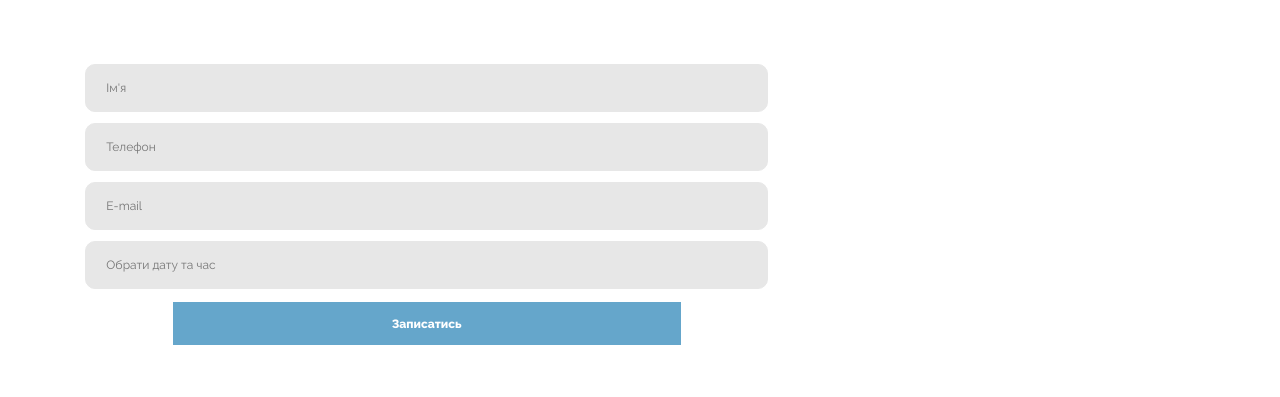
Repository: dimov63/math_tutor_predmetu
Page: index.html
These files come from the project's save history. The page is drawn as it stood at one moment and after a run of saves; the edit follows.
The browser window is 1280 px wide. The pictures show the whole page.
Some web libraries are served in a nearby version.

Above is the page before, as saved 2022-12-29 10:14:00.

### index.html
<!DOCTYPE html>
<html>

<head>
    <title>Drobyk</title>
    <link rel="stylesheet" type="text/css" href="css/style.css">
    <meta charset="utf-8">
    <meta name="viewport" content="width=device-width, initial-scale=1.0">
    <!-- bootstrap -->
    <link href="https://cdn.jsdelivr.net/npm/bootstrap@5.2.3/dist/css/bootstrap.min.css" rel="stylesheet"
        integrity="sha384-rbsA2VBKQhggwzxH7pPCaAqO46MgnOM80zW1RWuH61DGLwZJEdK2Kadq2F9CUG65" crossorigin="anonymous">


    <link rel="preconnect" href="https://fonts.googleapis.com">
    <link rel="preconnect" href="https://fonts.gstatic.com" crossorigin>
    <link href="https://fonts.googleapis.com/css2?family=Raleway:wght@400;500;600;800&display=swap" rel="stylesheet">
    <script src="https://kit.fontawesome.com/088e8092d2.js" crossorigin="anonymous"></script>

</head>

<body>
    <div class="main">
        <div class="content">
            <header>
                <nav class="navbar navbar-expand-lg bg-light">
                    <div class="container-fluid" id="navbar-color">

                        <a class="navbar-brand" href="#">
                            <div class="logo-block">
                                <div class="mob-logo">
                                    <img src="img/logo.png" alt="logo" class="logo-mob-img">
                                </div>
                                <div class="logo-name">дробик</div>
                            </div>
                        </a>

                        <button class="navbar-toggler custom-menu" type="button" data-bs-toggle="collapse"
                            data-bs-target="#navbarSupportedContent" aria-controls="navbarSupportedContent"
                            aria-expanded="false" aria-label="Toggle navigation">
                            <div class="menu-bar">

                                <div class="bottom-line first"></div>
                                <div class="bottom-line second"></div>
                                <div class="bottom-line thirt"></div>


                            </div>
                        </button>



                        <div class="collapse navbar-collapse" id="navbarSupportedContent">
                            <ul class="navbar-nav me-auto mb-2 mb-lg-0">


                                <li class="nav-item1 burger-header">
                                    <a class="" href="#">
                                        <div class="burger-logo-block">
                                            <div class="burger-logo">
                                                <img src="img/logo-mini.png" alt="logo" class="buger-logo-img">
                                            </div>
                                            <div class="burger-logo-name">дробик</div>
                                        </div>
                                    </a>
                                    <button class="navbar-toggler arrow-left-back" type="button"
                                        data-bs-toggle="collapse" data-bs-target="#navbarSupportedContent"
                                        aria-controls="navbarSupportedContent" aria-expanded="false"
                                        aria-label="Toggle navigation">
                                        <a class="" href="#"><img src="img/arrow_back.png" alt="arrow"
                                                class="arrow-back"></a>
                                    </button>


                                </li>
                                <div class="burger-line-header"></div>
                                <li class="nav-item">
                                    <a class="nav-link" href="#">
                                        <div class="burger-list burg-about-me">Про мене</div>
                                    </a>
                                </li>
                                <li class="nav-item">
                                    <a class="nav-link" href="#">
                                        <div class="burger-list burg-subjects">Предмети</div>
                                    </a>
                                </li>
                                <li class="nav-item">
                                    <a class="nav-link" href="#">
                                        <div class="burger-list">Найчастіші запитання</div>
                                    </a>
                                </li>
                                <li class="nav-item">
                                    <a class="nav-link" href="#">
                                        <div class="burger-list">Відгуки</div>
                                    </a>
                                </li>
                                <li class="nav-item">
                                    <a class="nav-link" href="#">
                                        <div class="burger-record-button">Запис на пробне заняття</div>
                                    </a>
                                </li>
                                <li class="nav-item burger-contacts">
                                    <a class="nav-link" href="#">
                                        <div class="burger-list burg-contacts">Контакти</div>
                                    </a>
                                    <a class="nav-link" href="#">
                                        <div class="burger-list burg-developer">
                                            <div class="burger-devel">Розробники</div>
                                            <div class="burger-site">сайту</div>
                                        </div>
                                    </a>
                                </li>
                                <li class="nav-item burger-social-networks">
                                    <a class="nav-link" href="#">
                                        <div class="burger-socials burger-facebook"><svg width="14" height="22"
                                                viewBox="0 0 14 22" fill="none" xmlns="http://www.w3.org/2000/svg">
                                                <path
                                                    d="M8.76935 12.375V21.5H4.65528V12.375V11.875H4.15528H0.5V8.89352H4.15528H4.65528V8.39352V5.35906C4.65528 3.76012 5.21573 2.56826 6.16641 1.76738C7.12866 0.956749 8.54702 0.5 10.3369 0.5C11.2097 0.5 12.1079 0.565712 12.7915 0.632148C13.0701 0.659226 13.3118 0.686294 13.5 0.708804V3.15879H11.9364C10.8363 3.15879 10.0266 3.44702 9.49179 3.96751C8.95663 4.48834 8.76935 5.17105 8.76935 5.8098V8.39352V8.89352H9.26935H13.2091L12.6655 11.875H9.26935H8.76935V12.375Z"
                                                    stroke="white" />
                                            </svg></div>
                                    </a>
                                    <a class="nav-link" href="#">
                                        <div class="burger-socials burger-instagram"><svg width="22" height="22"
                                                viewBox="0 0 22 22" fill="none" xmlns="http://www.w3.org/2000/svg">
                                                <path
                                                    d="M0.5 6.5C0.5 3.19114 3.19114 0.5 6.5 0.5H15.5C18.8089 0.5 21.5 3.19114 21.5 6.5V15.5C21.5 18.8089 18.8089 21.5 15.5 21.5H6.5C3.19114 21.5 0.5 18.8089 0.5 15.5V6.5ZM18.5 5C18.5 4.17386 17.8261 3.5 17 3.5C16.1739 3.5 15.5 4.17386 15.5 5C15.5 5.82614 16.1739 6.5 17 6.5C17.8261 6.5 18.5 5.82614 18.5 5ZM17 11C17 7.68886 14.3111 5 11 5C7.68886 5 5 7.68886 5 11C5 14.3111 7.68886 17 11 17C14.3111 17 17 14.3111 17 11ZM7 11C7 8.79614 8.79614 7 11 7C13.2039 7 15 8.79614 15 11C15 13.2039 13.2039 15 11 15C8.79614 15 7 13.2039 7 11Z"
                                                    stroke="white" />
                                            </svg></div>
                                    </a>
                                    <a class="nav-link" href="#">
                                        <div class="burger-socialssocials burger-twitter"><svg width="22" height="22"
                                                viewBox="0 0 22 22" fill="none" xmlns="http://www.w3.org/2000/svg">
                                                <path
                                                    d="M6.6913 16.7064C5.2113 16.6732 3.86044 15.5987 3.18832 13.9467C3.23019 13.9479 3.27219 13.9485 3.31432 13.9485C3.78086 13.9485 4.23404 13.8719 4.66162 13.7285L6.28732 13.1829L4.62315 12.7692C3.03132 12.3735 1.70057 10.7437 1.43231 8.6031C1.89504 8.79653 2.39096 8.91226 2.90861 8.9329L4.39401 8.99214L3.24633 8.04729C2.1627 7.15517 1.42074 5.60331 1.42074 3.80838C1.42074 3.19641 1.50697 2.61142 1.6647 2.07018C3.94497 5.10035 7.16889 7.0934 10.8037 7.31827L11.4455 7.35797L11.3258 6.72614C11.2544 6.34932 11.2162 5.95639 11.2162 5.55328C11.2162 2.65995 13.1056 0.5 15.2308 0.5C16.3457 0.5 17.3807 1.07701 18.1268 2.05634L18.3248 2.31623L18.6423 2.23926C19.2441 2.09337 19.8258 1.87918 20.3804 1.60445C20.0441 2.20665 19.6077 2.7091 19.1091 3.07682L19.4789 3.97387C19.8989 3.91181 20.3098 3.81757 20.7104 3.69277C20.3172 4.21696 19.8833 4.69113 19.4167 5.1056L19.2422 5.26061L19.2489 5.49394C19.2557 5.72787 19.2607 5.96517 19.2607 6.19891C19.2607 9.77468 18.1522 13.6206 16.0464 16.5601C13.9477 19.4896 10.877 21.5 6.9184 21.5C5.05464 21.5 3.28487 20.9849 1.69502 20.0582C3.71408 19.902 5.55327 18.9889 7.02733 17.566L7.88996 16.7333L6.6913 16.7064Z"
                                                    stroke="white" />
                                            </svg></div>
                                    </a>
                                </li>



                            </ul>

                        </div>
                    </div>
                </nav>
            </header>




            <div class="line-header"></div>
            <div class="block-video">
                <div class="tutor">
                    <h1>Репетитор з математики</h1>
                </div>

                <img class="giphy1" src="img/giphy1.gif">
                <!-- </div> -->
                <div class="quote">
                    <div class="title-quote">Математика</div>
                    <div class="direction">
                        <div class="arrow-text">це</div>
                        <div class="arrow-right"></div>
                    </div>
                    <div class="text-quote">розвиток логіки, пам'яті і абстрактного мислення.</div>

                </div>

            </div>
            <div class="block-items-heading">
                <h2>Предмети, які я викладаю
                </h2>
            </div>
            <div id="carouselExampleFade" class="carousel slide carousel-fade" data-bs-ride="carousel"
                data-bs-interval="100000">

                <div class="carousel-inner">
                    <div class="carousel-item items active">
                        <div class="mob-img-block-left">
                            <img src="img/m-алгебра.png" class="d-block w-100 carousel-img-left" alt="...">
                            <div class="mob-carousel-text">
                                <p class="subject-name subject-left">
                                    Алгебра
                                </p>
                            </div>
                        </div>

                        <div class="mob-img-block-right"><img src="img/m-фізика.png"
                                class="d-block w-100 carousel-img-right" alt="...">
                            <div class="mob-carousel-text">
                                <p class="subject-name subject-right">Фізика</p>
                            </div>
                        </div>

                    </div>

                    <div class="carousel-item items">
                        <div class="mob-img-block-left">
                            <img src="img/m-геометрія.png" class="d-block w-100 carousel-img-left" alt="...">
                            <div class="mob-carousel-text">
                                <p class="subject-name subject-left">
                                    Геометрія
                                </p>
                            </div>
                        </div>

                        <div class="mob-img-block-right"><img src="img/m-математика.png"
                                class="d-block w-100 carousel-img-right" alt="...">
                            <div class="mob-carousel-text">
                                <p class="subject-name subject-right">Математика</p>
                            </div>
                        </div>
                    </div>
                    <div class="carousel-item items">
                        <div class="mob-img-block-left">
                            <img src="img/m-інформатика.png" class="d-block w-100 carousel-img-left" alt="...">
                            <div class="mob-carousel-text">
                                <p class="subject-name subject-left">
                                    Інформатика
                                </p>
                            </div>
                        </div>

                        <div class="mob-img-block-right"><img src="img/m-ДПА.png"
                                class="d-block w-100 carousel-img-right" alt="...">
                            <div class="mob-carousel-text">
                                <p class="subject-name subject-right">Підготовка до ДПА<br>
                                    та НМТ</p>
                            </div>
                        </div>
                    </div>

                    <div class="carousel-item items">
                        <div class="mob-img-block-left">
                            <img src="img/m-інформатика.png" class="d-block w-100 carousel-img-left" alt="...">
                            <div class="mob-carousel-text">
                                <p class="subject-name subject-left">
                                    Створення
                                    <br>доповненої
                                    <br>реальності
                                </p>
                            </div>
                        </div>

                        <div class="mob-img-block-right"><img src="img/m-алгебра.png"
                                class="d-block w-100 carousel-img-right" alt="...">
                            <div class="mob-carousel-text">
                                <p class="subject-name subject-right">Алгебра</p>
                            </div>
                        </div>
                    </div>
                </div>

                <div class="carousel-indicators">
                    <button type="button" data-bs-target="#carouselExampleFade" data-bs-slide-to="0"
                        class="active button-carousel-indicators" aria-current="true" aria-label="Slide 1"></button>
                    <button type="button" data-bs-target="#carouselExampleFade" data-bs-slide-to="1"
                        aria-label="Slide 2" class="button-carousel-indicators"></button>
                    <button type="button" data-bs-target="#carouselExampleFade" data-bs-slide-to="2"
                        aria-label="Slide 3" class="button-carousel-indicators"></button>
                    <button type="button" data-bs-target="#carouselExampleFade" data-bs-slide-to="3"
                        aria-label="Slide 4" class="button-carousel-indicators" style="display: none"></button>
                </div>

                <button class="carousel-control-prev" type="button" data-bs-target="#carouselExampleFade"
                    data-bs-slide="prev">
                    <span class="carousel-control-prev-icon" aria-hidden="true"></span>
                    <span class="visually-hidden">Previous</span>
                </button>
                <button class="carousel-control-next" type="button" data-bs-target="#carouselExampleFade"
                    data-bs-slide="next">
                    <span class="carousel-control-next-icon" aria-hidden="true"></span>
                    <span class="visually-hidden">Next</span>
                </button>


            </div>
            <div>Найчастіші запитання</div>




        </div>
    </div>



    <!-- bootstrap -->
    <script src="https://cdn.jsdelivr.net/npm/bootstrap@5.2.3/dist/js/bootstrap.bundle.min.js"
        integrity="sha384-kenU1KFdBIe4zVF0s0G1M5b4hcpxyD9F7jL+jjXkk+Q2h455rYXK/7HAuoJl+0I4"
        crossorigin="anonymous"></script>

        <div class="wrappe_forma col">
            <!-- <div class="col-xc-2 style: background-color: red">1</div>  -->
                <div class="container_forma col-xc-10">
                    <div class="forma col-xc-6">
                        <h2 class="forma_h2">
                            Записатися на пробне заняття
                        </h2>
                    </div>
                        <form action="#" class="login col-xs-8 col-cm-8 col-md-8">
                            <input type="name" placeholder="Ім'я" required />
                            <input type="post" placeholder="Телефон" required />
                            <input type="post" placeholder="E-mail" required />
                            <input type="datetime" placeholder="Обрати дату та час" required />
                            <input type="submit" value="Записатись"/>
                        </form>
                </div>
                <!-- <div class="col-xc-1 style: background-color: red">3</div>  -->
        </div>


</body>

</html>

### css/style.css
* {
  margin: 0;
  padding: 0;
  box-sizing: border-box;
}

.main {
  background-color: #65a6cb;
  box-sizing: border-box;
  font-family: "Raleway", "Arial", sans-serif;
}

@media only screen and (min-width: 769px) {
  .content {
    display: none;
  }
}

@media only screen and (max-width: 768px) {
  #navbar-color {
    background-color: #65a6cb;
  }

  .content .navbar {
    padding: 0;
  }

  .navbar-toggler.custom-menu,
  .navbar-toggler.custom-menu.collapsed {
    border: none;
    margin-top: 5px;
    padding-right: 10px;
    box-shadow: none !important;
    border: none !important;
  }

  .bottom-line {
    border-bottom: 2px solid #ffffff;
  }

  .first {
    width: 20px;
    margin-bottom: 7px;
  }

  .second {
    width: 9px;
    margin-bottom: 7px;
    margin-left: auto;
    display: block;
  }

  .thirt {
    width: 16px;
    margin-left: auto;
    display: block;
  }

  .logo-block {
    margin-top: 4px;
    margin-bottom: 5px;
    display: flex;
    position: relative;
    padding-left: 8px;
  }

  .logo-mob-img {
    height: 49px;
  }

  .logo-name {
    position: absolute;
    bottom: 4px;
    text-transform: uppercase;
    font-style: oblique;
    text-decoration: none;
    color: white;
    font-size: 12px;
    margin-left: 3px;
  }

  #navbarSupportedContent {
    width: 237px;
    position: absolute;
    background-color: #013c5c;
    right: 0;
    top: 0;
    z-index: 50;
  }

  .burger-header {
    display: flex;
    flex-direction: row;
    justify-content: space-between;
  }

  .navbar-toggler.arrow-left-back {
    border: none;
  }

  .arrow-back {
    width: 18px;
    margin-top: -9px;
  }

  .burger-logo-block {
    display: flex;
    position: relative;
    margin-left: 85px;
  }

  .burger-logo {
  }

  .buger-logo-img {
    width: 73px;
    padding-top: 4px;
  }

  .burger-logo-name {
    position: absolute;
    bottom: 16px;
    text-transform: uppercase;
    font-style: italic;
    text-decoration: none;
    color: white;
    font-size: 12px;
    margin-left: 4px;
  }

  .burger-line-header {
    width: 100%;
    border-bottom: 0.3px solid #ffffff;
    position: relative;
    top: -10px;
  }

  .burger-record-button {
    color: #000000;
    background-color: #ffffff;
    font-size: 12px;
    border-radius: 100px;
    padding: 2px 15px 2px 15px;
  }

  .burger-list {
    color: white;
    font-size: 14px;
  }

  .nav-item {
    margin-left: auto;
    margin-right: auto;
  }

  /*кнопка*/
  .burger-contacts {
    display: flex;
    flex-direction: row;
    margin-top: 10px;
  }

  .burg-contacts {
    margin-right: 38px;
  }

  .burg-developer {
    margin-left: 37px;
  }

  .burger-site {
    margin-top: -5px;
  }

  .burger-social-networks {
    display: flex;
    flex-direction: row;
    margin-top: 3px;
    margin-bottom: 15px;
  }

  .burger-socials {
    height: 22px;
  }

  .burger-facebook {
    margin-right: 24.5px;
  }

  .burger-instagram {
    margin-right: 24.5px;
    margin-left: 24.5px;
  }

  .burger-twitter {
    margin-left: 24.5px;
  }

  .line-header {
    width: 100%;
    border-bottom: 0.5px solid #ffffff;
  }

  .tutor {
    margin: 12px auto 14px auto;
  }

  .tutor h1 {
    font-size: 24px;
    line-height: 28px;
    color: #ffffff;
    font-weight: 800;
    text-align: center;
  }

  .giphy1 {
    max-width: 94%;
    height: auto;
    display: block;
    margin: 0 auto 15px auto;
    border: none;
  }

  .quote {
    display: grid;
    grid-template-columns: 5fr 6fr 6fr;
    font-size: 14px;
    line-height: 16px;
    color: #ffffff;
  }

  .title-quote {
    padding-left: 26px;
    display: flex;
    align-items: center;
    justify-content: center;
  }

  .direction {
    display: block;
    margin: auto;
  }

  .arrow-text {
    text-align: center;
    margin-top: 0px;
  }

  .arrow-right {
    width: 108px;
    height: 8px;
    position: relative;
    display: inline-flex;
    cursor: pointer;
  }

  .arrow-right::before,
  .arrow-right::after {
    content: "";
    position: absolute;
  }

  .arrow-right::before {
    width: 108px;
    height: 1px;
    background-color: white;
    top: -3.5px;
  }

  .arrow-right::after {
    border-top: 1px solid white;
    border-right: 1px solid white;
    transform: rotate(45deg);
    width: 5px;
    height: 5px;
    top: -5.8px;
    left: 103px;
  }

  .text-quote {
    padding-right: 12px;
    display: flex;
    align-items: center;
    justify-content: center;
  }

  .block-items-heading h2 {
    font-size: 16px;
    line-height: 19px;
    color: #ffffff;
    font-weight: 700;
    text-align: center;
  }
  .block-items-heading {
    margin: 80px auto 27px auto;
  }
  .carousel .carousel-indicators {
    position: static;
    margin-bottom: 60px;
    z-index: 2;
  }
  .carousel-inner {
    padding-bottom: 40px;
  }
  #carouselExampleFade .button-carousel-indicators {
    height: 14px;
    width: 14px;
    border-radius: 50%;
    margin-right: 8px;
    margin-left: 8px;
  }

  .carousel .carousel-item.items {
    display: flex;
    flex-direction: row;
    justify-content: center;
  }

  .mob-img-block-left {
    width: 42.4%;
    margin-right: 2.27%;
    position: relative;
  }
  .mob-img-block-right {
    width: 42.4%;
    margin-left: 2.27%;
    position: relative;
  }
  .carousel-item .w-100 {
    width: 100%;
  }
  .mob-carousel-text {
  }
  .subject-name {
    text-align: center;
    color: #ffffff;
    font-size: 14px;
    position: absolute;
    top: 50%;
    left: 50%;
    transform: translate(-50%, -50%);
    white-space: nowrap;
  }

  .carousel .carousel-control-next,
  .carousel .carousel-control-prev {
    z-index: 2;
    top: unset;
  }
  .carousel .carousel-control-next {
    padding-right: 15px;
  }

  .carousel .carousel-control-prev {
    padding-left: 15px;
  }
}

@media (max-width: 370px) {
  .quote {
    font-size: 12px;
    line-height: 14px;
  }

  .text-quote {
    padding: 0 10px;
  }
}

/* create forma */
.wrapper_forma {
  height: 100%;
  overflow: hidden;
  min-height: 100%;
  padding: 35px;
}
.container {
  display: flex;
  flex-direction: column;
  align-content: center;
  justify-content: center;
  align-items: center;
  flex-wrap: wrap;
  background-color:#65A6CB;
  /* width: 375px;
  height: 3369px;    */
}
.container {
  display: flex;
  align-content: center;
  width: 375px;
  height: 768px;
 }
.forma {
  display: flex;
  width: 90%;
  height: 53px;
  flex-direction: column;
  align-content: center;
 }
.forma_h2 {
  font-family: Raleway;
  font-size: 24px;
  font-weight: 700;
  color: #FFFFFF;
  text-align: center;
  vertical-align: top;
}
.login {
  width: 100%;

}
.login input[type= "name"],
.login input[type= "post"],
.login input[type= "phone"],
.login input[type= "dateTime"] {
  display: flex;
  flex-direction: column;
  flex-wrap: nowrap;
  align-items: center;
  width: 80%;
  height: 48px;
  background-color: #E7E7E7;
  margin: 11px auto;
  border: 1px solid #E7E7E7;
  border-radius: 10px;
  font-family: Raleway;
  font-size: 12px;
  color: #FFFFFF;
  padding: 0 20px;
}
.login input[type="submit"] {
  display: flex;
  flex-direction: column;
  flex-wrap: nowrap;
  align-items: center;
  justify-content: center;
  background-color: #65A6CB;
  width: 60%;
  height: 47px;
  border: 2px solid #FFFFFF;
  margin: 11px auto;
  font-family: Raleway;
  font-weight: bold;
  font-size: 12px;
  text-align: center;
  color: #FFFFFF;
  padding: 20px auto;
}

After the next 3 saves:
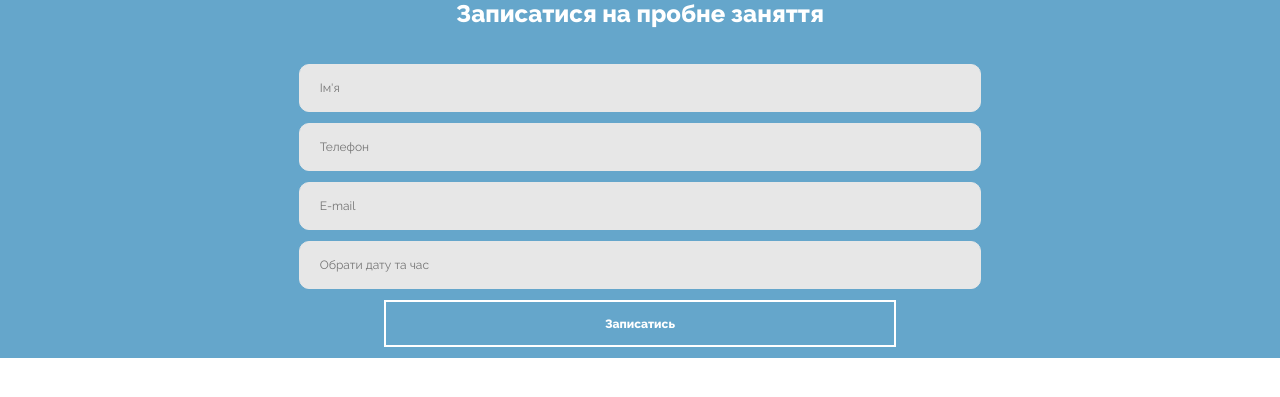
The 3 saves are shown as one change because they came seconds apart.
The last was saved 17 s later.
--- a/css/style.css
+++ b/css/style.css
@@ -374,7 +374,7 @@
   min-height: 100%;
   padding: 35px;
 }
-.container {
+.container_forma {
   display: flex;
   flex-direction: column;
   align-content: center;
